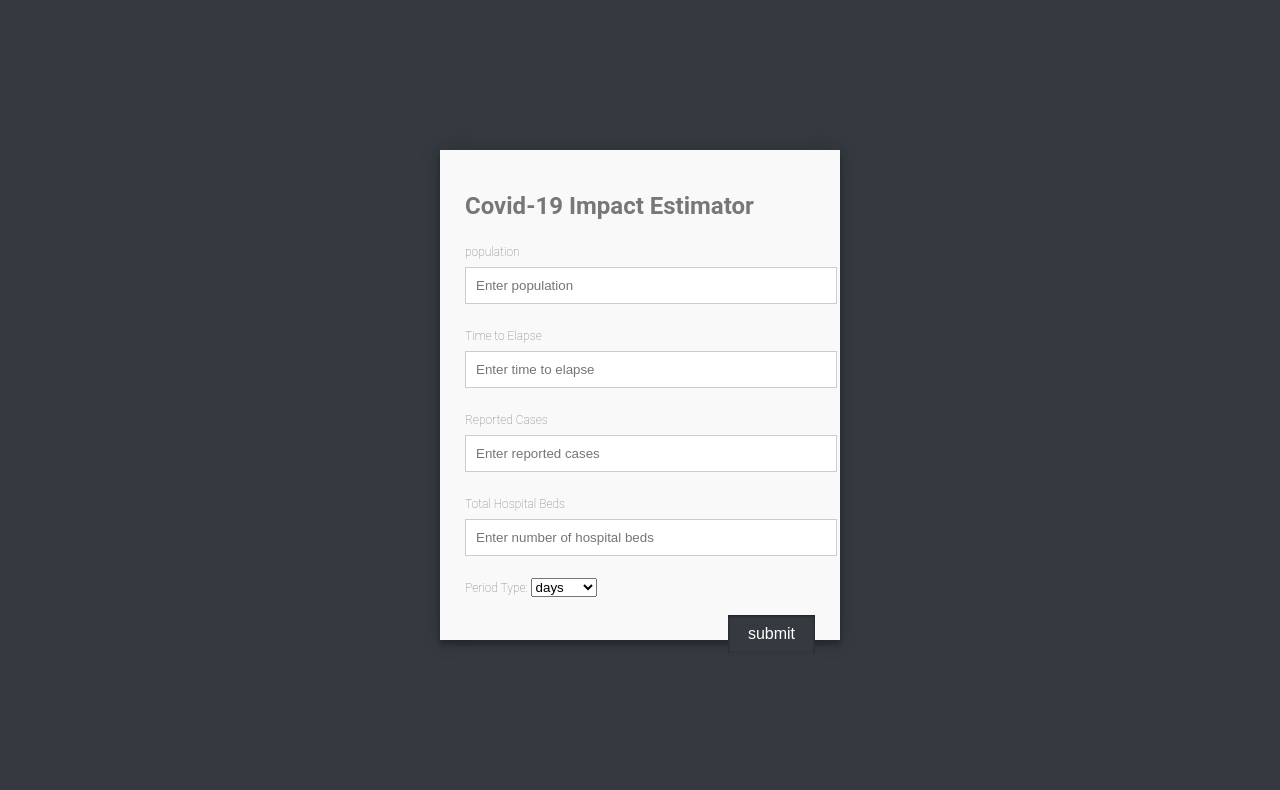
Repository: AbonyiXavier/FrontendUI--challenge-4
Page: index.html
The author's editor kept a copy of each file at every save. The page is drawn from the files as they stood at one save, then again after the next save.
The browser window is 1280 px wide. The pictures show the whole page.

Above is the page before, as saved 2020-04-11 19:58:12.

### index.html
<!DOCTYPE html>
<html lang="en">
  <head>
    <meta charset="UTF-8" />
    <meta name="viewport" content="width=device-width, initial-scale=1.0" />
    <title>COVID-19 Estimator</title>
    <!-- <link rel="stylesheet" href="./CSS/bootstrap.css" /> -->
    <link rel="stylesheet" href="./CSS/style.css" />
  </head>
  <body>
    <div class="container">
      <form id="form">
        <div class="header">
          <h1>Covid-19 Impact Estimator</h1>
        </div>
        <p>
          <label for="">
            population
          </label>
          <input
            type="number"
            placeholder="Enter population"
            name="population"
            id="population"
            data-population
            required
          />
        </p>
        <p>
          <label for="">Time to Elapse</label>
          <input
            type="number"
            placeholder="Enter time to elapse"
            id="time-to-elapse"
            name="Time-to-Elapse"
            data-time-to-elapse
            required
          />
        </p>
        <p>
          <label for="">Reported Cases</label>
          <input
            type="number"
            placeholder="Enter reported cases"
            name="Reported-Cases"
            id="reported-cases"
            data-reported-cases
            required
          />
        </p>
        <p>
          <label for="">Total Hospital Beds</label>
          <input
            type="number"
            placeholder="Enter number of hospital beds"
            name="total-hospital-beds"
            id="total-hospital-beds"
            data-total-hospital-beds
            required
          />
        </p>
        <p>
          <label for="">Period Type:</label>
          <select id="period-type" data-period-type required>
            <option value="days">days</option>
            <option value="weeks">weeks</option>
            <option value="months">months</option>
          </select>
        </p>
        <p>
          <button name="submit" type="submit" id="submit" data-go-estimate>
            submit
          </button>
        </p>
      </form>
    </div>
    <!-- <script src="./js/jquery.js"></script>
    <script src="./js/bootstrap.js"></script> -->
  </body>
</html>

### CSS/style.css
body {
    font-family: "Roboto", Helvetica, Arial, sans-serif;
    font-weight: 100;
    font-size: 12px;
    line-height: 30px;
    color: #777;
    background: #343a40;
}


.container {
    max-width: 400px;
    width: 100%;
    margin: 0 auto;
    position: relative;
}

#form input[type="text"],
#form input[type="number"] #form button[type="submit"] {
    font: 400 12px/16px "Roboto", Helvetica, Arial, sans-serif;
}

#form {
    background: #F9F9F9;
    padding: 25px;
    margin: 150px 0;
    box-shadow: 0 0 20px 0 rgba(0, 0, 0, 0.2), 0 5px 5px 0 rgba(0, 0, 0, 0.24);
}

#form h4 {
    display: block;
    font-size: 20px;
    font-weight: 300;
    margin-bottom: 10px;
}

#form input[type="number"] {
    width: 100%;
    border: 1px solid #ccc;
    background: #FFF;
    margin: 0 0 5px;
    padding: 10px;
}

#form button[type="submit"] {
    box-shadow: inset 0 1px 3px rgba(0, 0, 0, 0.5);
}

button {
    float: right;
    background-color: #343a40;
    border: none;
    color: white;
    padding: 10px 20px;
    text-align: center;
    font-size: 16px;
    /* margin: 4px 2px; */
    margin-bottom: 30px;
    cursor: pointer;
}

#form input:focus {
    outline: 0;
    border: 1px solid #aaa;
}

After the next save:
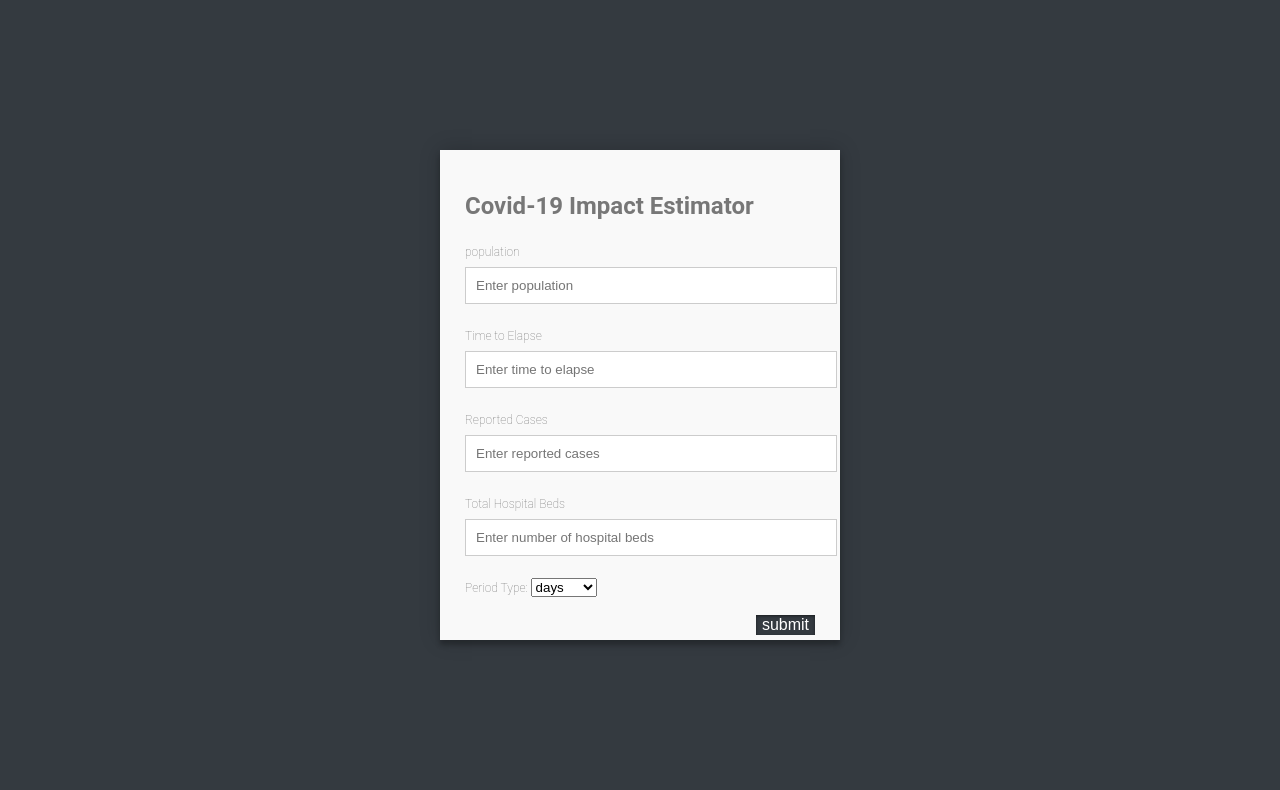
Saved 18 s later.
--- a/CSS/style.css
+++ b/CSS/style.css
@@ -51,7 +51,7 @@ button {
     background-color: #343a40;
     border: none;
     color: white;
-    padding: 10px 20px;
+    /* padding: 10px 20px; */
     text-align: center;
     font-size: 16px;
     /* margin: 4px 2px; */
